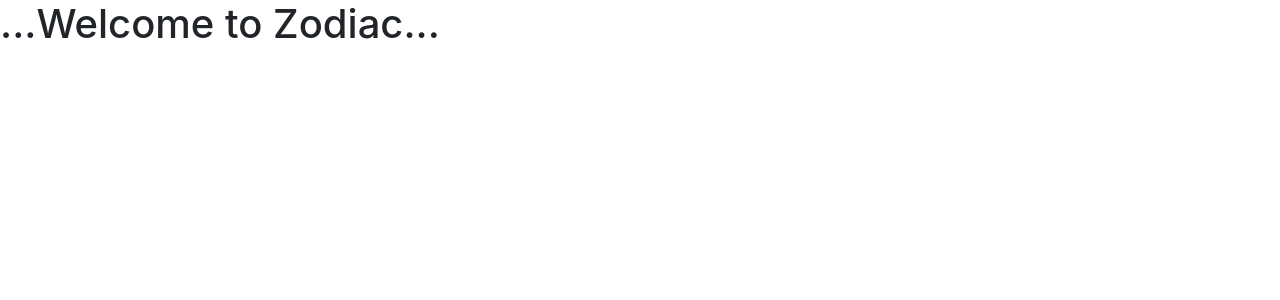
Repository: robertkameni/Zodiac-App
Page: client/index.html
The author's editor kept a copy of each file at every save. The page is drawn from the files as they stood at one save, then again after a run of saves.
The browser window is 1280 px wide. The pictures show the whole page.

Above is the page before, as saved 2019-06-16 12:39:02.

After the next 2 saves:
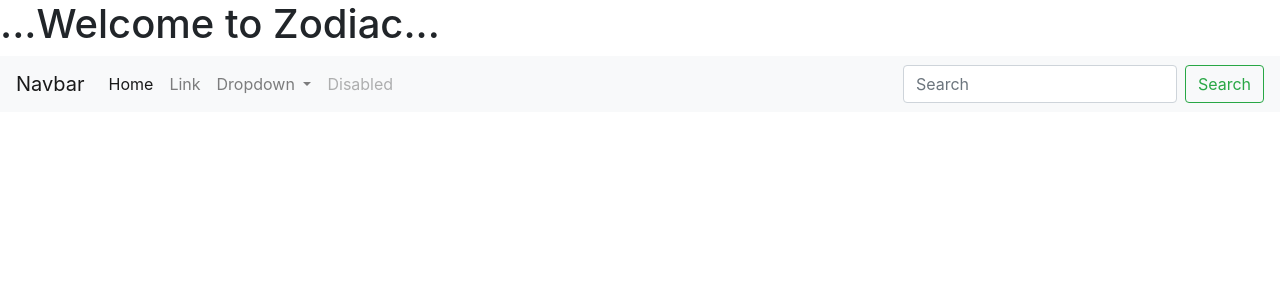
The 2 saves are shown as one change because they came seconds apart.
The last was saved 3 min 1 s later.
--- a/client/index.html
+++ b/client/index.html
@@ -15,7 +15,43 @@
 <body>
     <h1>...Welcome to Zodiac...</h1>
 
+    <nav class="navbar navbar-expand-lg navbar-light bg-light">
+        <a class="navbar-brand" href="#">Navbar</a>
+        <button class="navbar-toggler" type="button" data-toggle="collapse" data-target="#navbarSupportedContent"
+            aria-controls="navbarSupportedContent" aria-expanded="false" aria-label="Toggle navigation">
+            <span class="navbar-toggler-icon"></span>
+        </button>
 
+        <div class="collapse navbar-collapse" id="navbarSupportedContent">
+            <ul class="navbar-nav mr-auto">
+                <li class="nav-item active">
+                    <a class="nav-link" href="#">Home <span class="sr-only">(current)</span></a>
+                </li>
+                <li class="nav-item">
+                    <a class="nav-link" href="#">Link</a>
+                </li>
+                <li class="nav-item dropdown">
+                    <a class="nav-link dropdown-toggle" href="#" id="navbarDropdown" role="button"
+                        data-toggle="dropdown" aria-haspopup="true" aria-expanded="false">
+                        Dropdown
+                    </a>
+                    <div class="dropdown-menu" aria-labelledby="navbarDropdown">
+                        <a class="dropdown-item" href="#">Action</a>
+                        <a class="dropdown-item" href="#">Another action</a>
+                        <div class="dropdown-divider"></div>
+                        <a class="dropdown-item" href="#">Something else here</a>
+                    </div>
+                </li>
+                <li class="nav-item">
+                    <a class="nav-link disabled" href="#" tabindex="-1" aria-disabled="true">Disabled</a>
+                </li>
+            </ul>
+            <form class="form-inline my-2 my-lg-0">
+                <input class="form-control mr-sm-2" type="search" placeholder="Search" aria-label="Search">
+                <button class="btn btn-outline-success my-2 my-sm-0" type="submit">Search</button>
+            </form>
+        </div>
+    </nav>
 
 
     <script src="https://code.jquery.com/jquery-3.3.1.slim.min.js"
